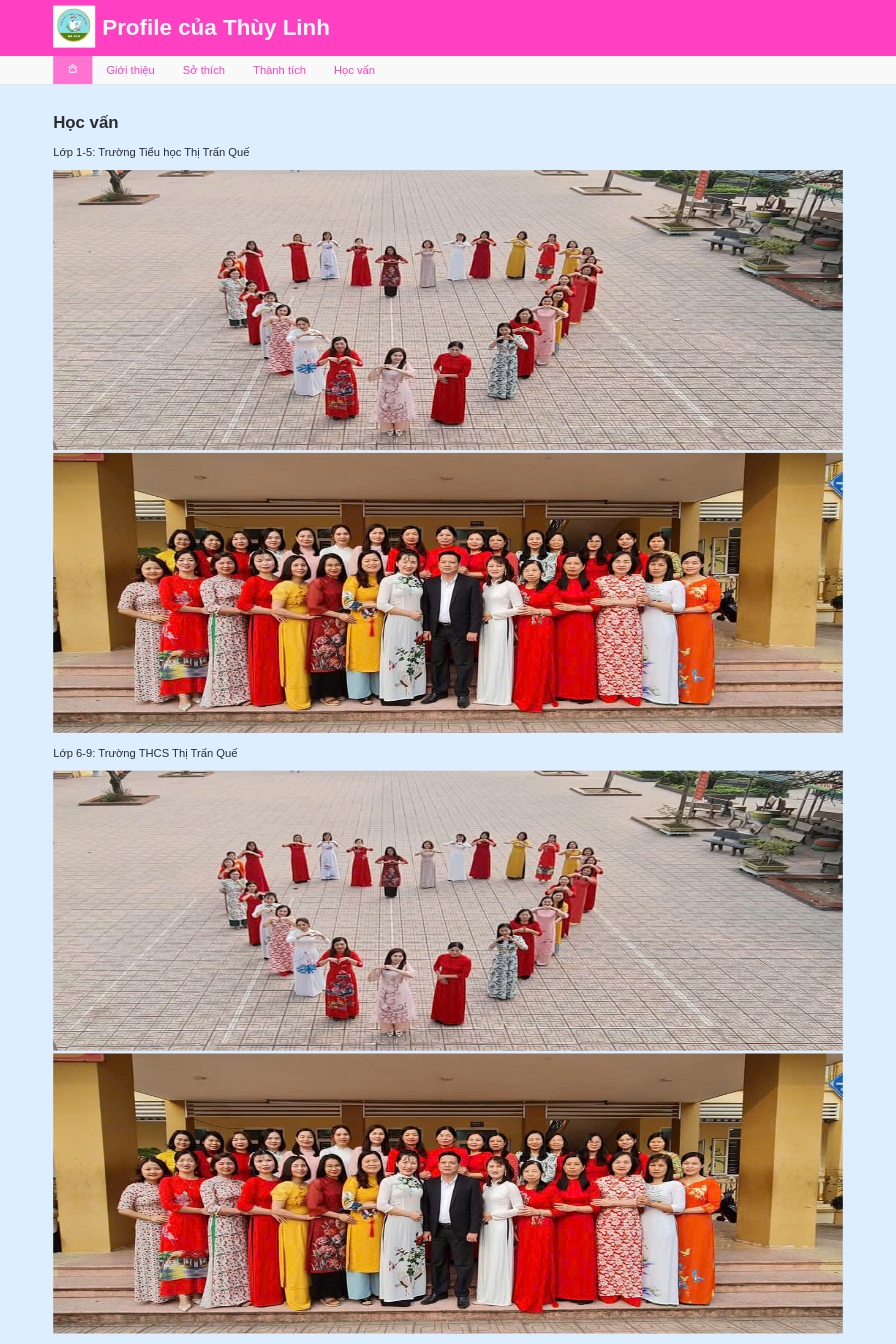
Repository: DucLong-PD07979/profile-vu-thuy-linh
Page: hoc-van.html
These files come from the project's save history. The page is drawn as it stood at one moment and after the next save; the edit follows.
The browser window is 1280 px wide. The pictures show the part of the page from y = 0 to 1920 px (the page is 2955 px tall before and 2821 px after), at 70% of full size.

Above is the page before, as saved 2025-03-13 22:16:23.
Not found: script.js

### hoc-van.html
<!DOCTYPE html>
<html lang="vi">
    <head>
        <meta charset="UTF-8" />
        <meta name="viewport" content="width=device-width, initial-scale=1.0" />
        <title>Profile của Thùy Linh</title>
        <link rel="stylesheet" href="./css/main.css" />
        <script defer src="script.js"></script>
    </head>
    <body>
        <header>
            <div class="container">
                <div class="logo">
                    <img src="./images/anh-doan-3.jpg" alt="Logo" />
                </div>
                <h1>Profile của Thùy Linh</h1>
            </div>
        </header>
        <div class="menu-list">
            <div class="container">
                <nav>
                    <ul>
                        <li>
                            <a href="./index.html" class="active">
                                <svg
                                    xmlns="http://www.w3.org/2000/svg"
                                    viewBox="0 0 24 24"
                                    fill="currentColor"
                                >
                                    <path
                                        d="M12.5812 2.68627C12.2335 2.43791 11.7664 2.43791 11.4187 2.68627L1.9187 9.47198L3.08118 11.0994L11.9999 4.7289L20.9187 11.0994L22.0812 9.47198L12.5812 2.68627ZM19.5812 12.6863L12.5812 7.68627C12.2335 7.43791 11.7664 7.43791 11.4187 7.68627L4.4187 12.6863C4.15591 12.874 3.99994 13.177 3.99994 13.5V20C3.99994 20.5523 4.44765 21 4.99994 21H18.9999C19.5522 21 19.9999 20.5523 19.9999 20V13.5C19.9999 13.177 19.844 12.874 19.5812 12.6863ZM5.99994 19V14.0146L11.9999 9.7289L17.9999 14.0146V19H5.99994Z"
                                    ></path>
                                </svg>
                            </a>
                        </li>
                        <li>
                            <a href="./ban-than.html">Giới thiệu</a>
                            <ul class="menu-children">
                                <li><a href="./ban-than.html">Bản thân</a></li>
                                <li><a href="./gia-dinh.html">Gia đình</a></li>
                            </ul>
                        </li>
                        <li><a href="./so-thich.html">Sở thích</a></li>
                        <li><a href="./thanh-tich.html">Thành tích</a></li>
                        <li><a href="./hoc-van.html">Học vấn</a></li>
                    </ul>
                </nav>
            </div>
        </div>
        <section id="education">
            <div class="container">
                <h2>Học vấn</h2>
                <div class="education-section-content">
                    <div class="box">
                        <p>Lớp 1-5: Trường Tiểu học Thị Trấn Quế</p>
                        <div class="images">
                            <img src="./images/anh-lop-1.jpg" alt="" />
                            <img src="./images/anh-lop-1-2.jpg" alt="" />
                        </div>
                    </div>
                    <div class="box">
                        <p>Lớp 6-9: Trường THCS Thị Trấn Quế</p>
                        <div class="images">
                            <img src="./images/anh-lop-1.jpg" alt="" />
                            <img src="./images/anh-lop-1-2.jpg" alt="" />
                        </div>
                    </div>
                    <div class="box">
                        <p>Lớp 10-12:Trường THPT A Kim Bảng</p>
                        <div class="images">
                            <img src="./images/anh-lop-1.jpg" alt="" />
                            <img src="./images/anh-lop-1-2.jpg" alt="" />
                        </div>
                    </div>
                </div>
            </div>
        </section>
        <footer>
            <div class="container">
                <div class="logo">
                    <img
                        src="./images/anh-doan-3-removebg-preview.png"
                        alt="Logo"
                    />
                </div>
                <p>Liên hệ: 0924994750</p>
                <p>Email: Thuylinh182@gmail.com</p>
            </div>
        </footer>
    </body>
</html>
<!-- https://profile-vu-thuy-linh.vercel.app/ -->

### css/main.css
* {
    box-sizing: border-box;
}

body {
    font-family: Arial, sans-serif;
    margin: 0;
    padding: 0;
    background-color: #f9f9f9;
    color: #2c2c2c;
}

.container {
    margin: 0 5%;
    padding: 0 12px;
}

header {
    background-color: #ff40c2;
    color: #f9f9f9;
}

header .container {
    display: flex;
    align-items: center;
}

.logo img {
    width: 60px;
    height: 60px;
    margin-right: 10px;
}

.menu-list {
    color: #ff40c2;
    border-bottom: 1px solid #d6d6d6;
}

nav ul {
    list-style: none;
    padding: 0;
    display: flex;
    align-items: center;
    margin: 0;
}

nav ul li {
    display: inline;
    position: relative;
}

nav ul li a {
    color: #ff40c2;
    text-decoration: none;
    padding: 10px 20px;
    display: block;
    font-size: 16px;
    transition: all 0.1s linear;
}

nav ul li a.active {
    background-color: #fe73d2;
}

nav ul li a svg {
    width: 16px;
    height: 16px;
    color: #ffffff;
}

nav ul li a:hover {
    color: white;
    background-color: #fe73d2;
}

.menu-children {
    position: absolute;
    z-index: 9;
    top: 100%;
    display: none;
    background-color: #f9f9f9;
}

nav ul li:hover .menu-children {
    display: block;
}

.participation-section {
    display: grid;
    gap: 10px;
    grid-template-columns: 1fr 1fr 1fr 1fr 1fr;
}

.item-1 {
    grid-column: 1 / 5;
    display: grid;
    grid-template-columns: 1fr 1fr;
    gap: 10px;
    width: 100%;
}

.item-2 {
    grid-column: 5 / 6;
}

.participation-section .item-1 img {
    width: 100%;
    height: 300px;
}

.participation-section .item-2 img {
    width: 100%;
    height: 240px;
    margin-bottom: 10px;
}

.participation-content {
    width: 100%;
}

.participation-content a {
    color: #404042;
    display: block;
    padding: 6px 0;
}

.participation-content a:hover {
    color: #fe73d2;
    text-decoration: underline;
}

/* giới thiệu bản thân */
#introduce-section {
    background-color: #fbdce2;
    width: 100%;
    padding: 20px 0;
}

.introduce-section-content {
    display: grid;
    grid-template-columns: 1fr 1fr;
    gap: 10px;
    align-items: center;
}

.introduce-section-content .box .gallery {
    width: 100%;
}

.introduce-section-content .box .gallery img {
    width: 100%;
    height: 400px;
    object-fit: fill;
}

.introduce-section-content .item-3 {
    grid-column: 1 /3;
    display: grid;
    gap: 20px;
    grid-template-columns: 1fr 1fr 1fr;
}

.introduce-section-content img {
    width: 100%;
    height: 600px;
    margin: 50px 0;
}

.introduce-section-content .box p {
    font-size: 18px;
}
/* gia dinh */

#family-section {
    background-color: #e8d5f3;
    width: 100%;
    padding: 20px 0;
}

.family-section-content {
    display: grid;
    grid-template-columns: 1fr 1fr 1fr 1fr;
    gap: 10px;
}

.family-section-content .box img {
    width: 100%;
    height: 340px;
    object-fit: fill;
}

.family-section-content .box p {
    font-size: 18px;
}

/* thanh tich */

#achievements {
    background-color: #eeeeeb;
    width: 100%;
    padding: 20px 0;
}

.achievements-section-content {
    display: grid;
    grid-template-columns: 1fr 1fr;
    gap: 10px;
}

.achievements-section-content .box img {
    width: 100%;
    height: 400px;
}

.achievements-section-content .box p {
    font-size: 18px;
}

/* học vấn */
#education {
    background-color: #dceeff;
    width: 100%;
    padding: 20px 0;
    min-height: 500px;
}

.education-section-content .box img {
    width: 100%;
    height: 400px;
}

/* sở thích */
.hobbies-section-content .images {
    display: flex;
    gap: 10px;
    display: grid;
    grid-template-columns: 1fr 1fr 1fr;
}

.hobbies-section-content .images {
    width: 100%;
    margin-top: 120px;
    margin-bottom: 120px;
}

.hobbies-section-content .images img {
    width: 100%;
    height: 100%;
}

footer {
    background-color: #ff40c2;
    color: white;
    padding: 10px;
}

After the next save:
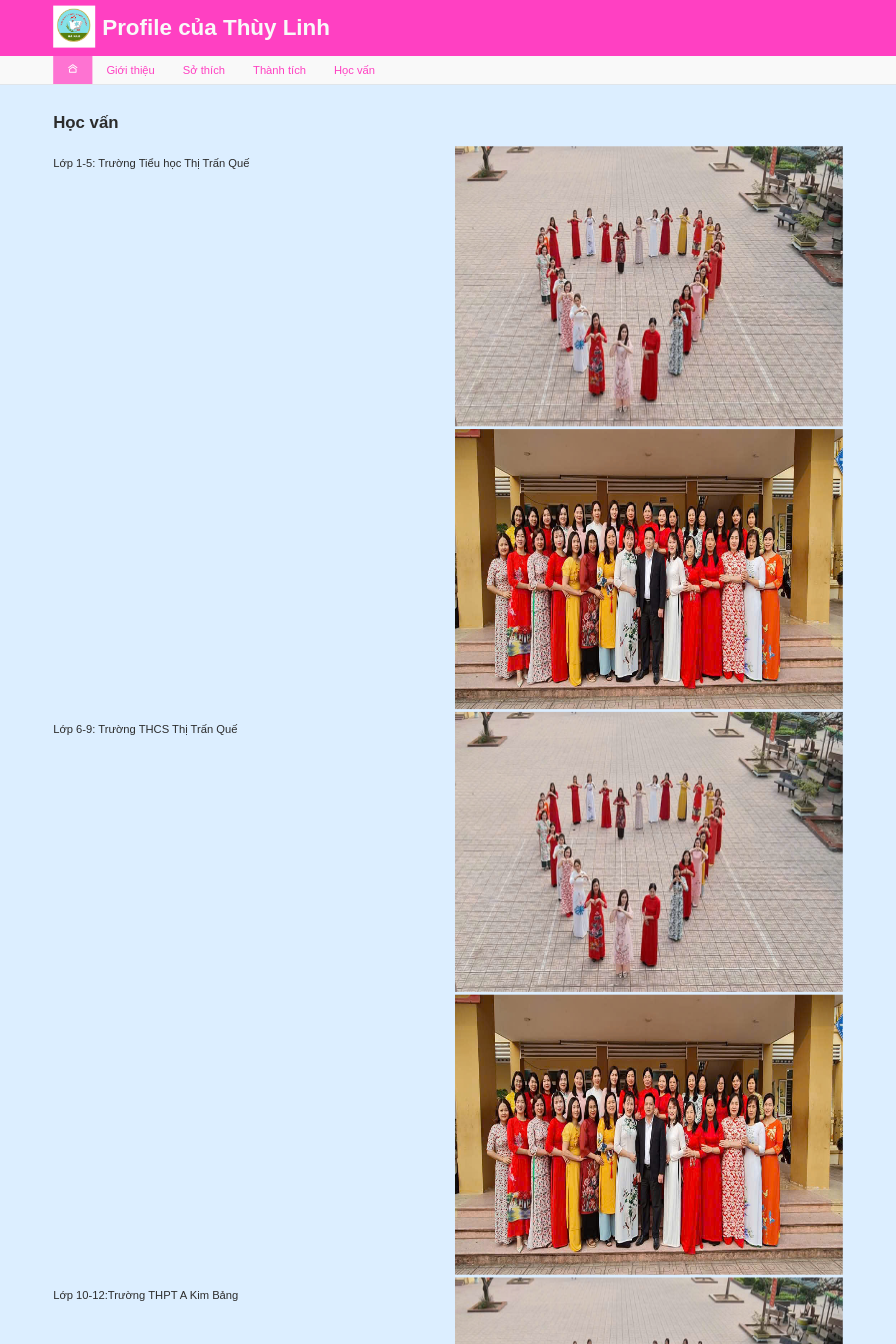
Saved 23 s later.
--- a/css/main.css
+++ b/css/main.css
@@ -224,6 +224,12 @@ nav ul li:hover .menu-children {
     min-height: 500px;
 }
 
+.education-section-content .box {
+    display: grid;
+    grid-template-columns: 1fr 1fr;
+    gap: 20px;
+}
+
 .education-section-content .box img {
     width: 100%;
     height: 400px;
